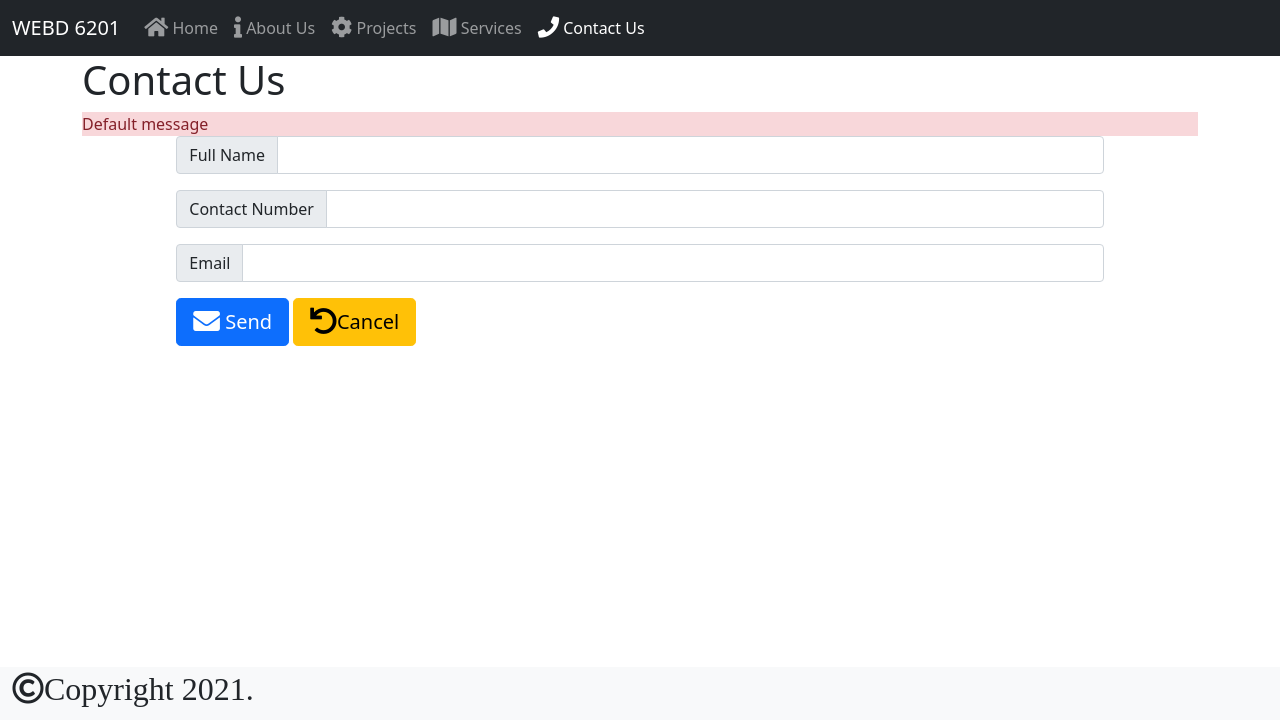
Repository: vans12345678/WEBD6201-W2021-Week3
Page: contact.html
An editor plug-in stored every save of this project. The page is shown before and after the next save, followed by the edit.
The browser window is 1280 px wide. The pictures show the whole page.

Above is the page before, as saved 2021-01-21 09:45:49.

After the next save:
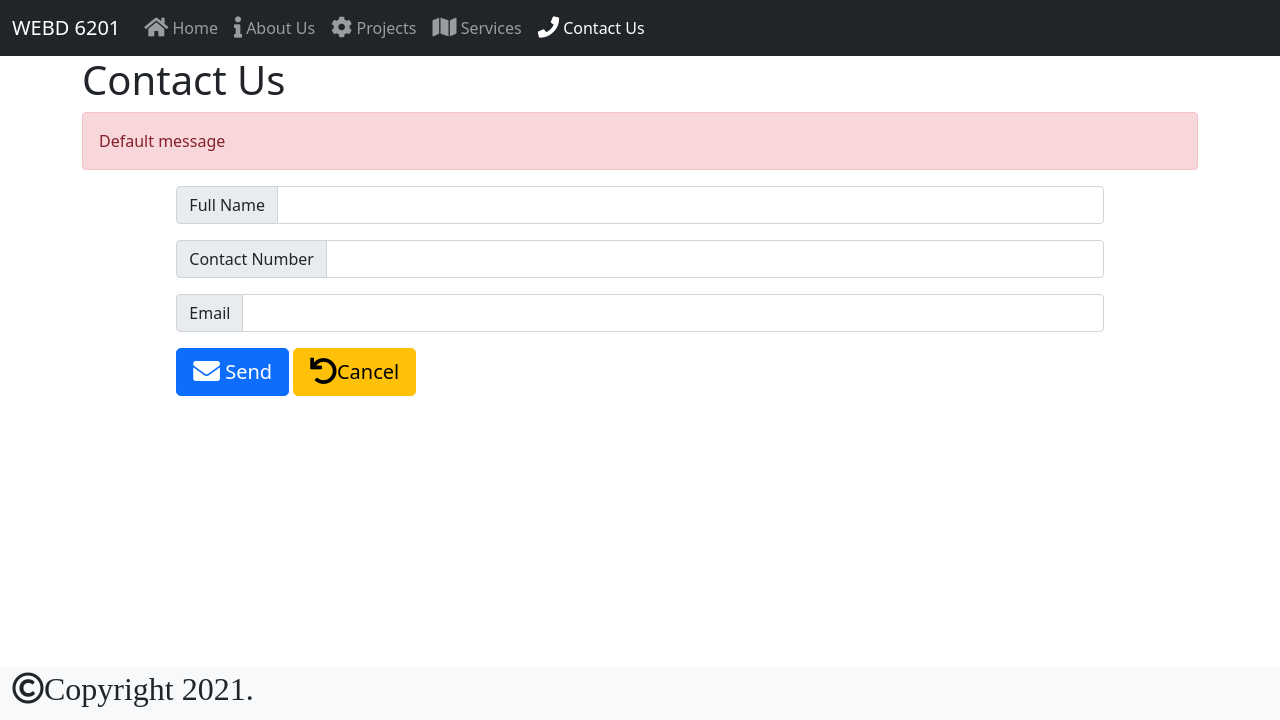
Saved 38 s later.
--- a/contact.html
+++ b/contact.html
@@ -50,7 +50,7 @@
     <main class="container">
         <h1>Contact Us</h1>
 
-        <div class="alert-danger" id="messageArea">Default message</div>
+        <div class="alert alert-danger" id="messageArea">Default message</div>
 
         <div class = "row justify-content-lg-center g-3">
           <form class = "col-col-lg-6 col-md-10 col-sm-10">
